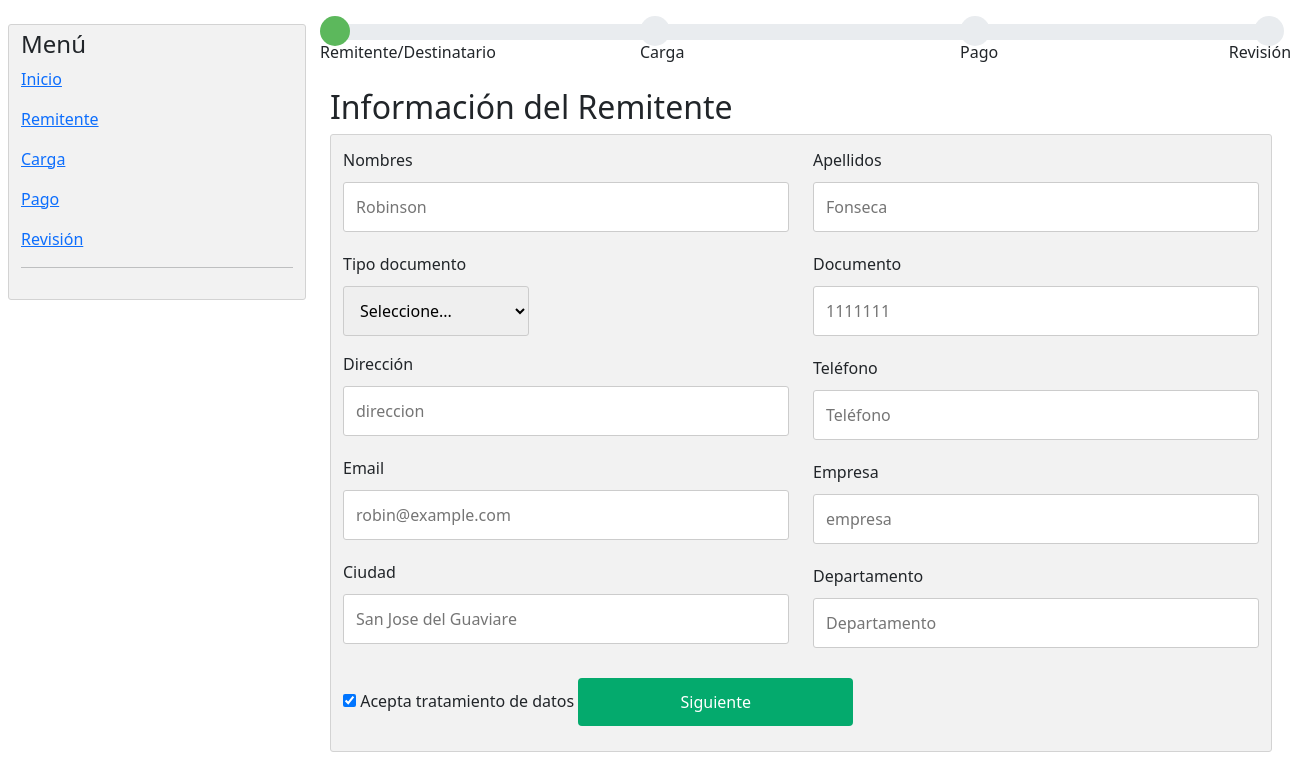
Repository: SennovaFluvial/Trasnfluvial
Page: appFluvial/templates/card1.html
These files come from the project's save history. The page is drawn as it stood at one moment and after the next save; the edit follows.
The browser window is 1280 px wide. The page is 1291 px wide, so the pictures cover 1291 px, including what lies to the right of the window. The pictures show the whole page.
The template is drawn by Django 3.2. The application's start-up code is not run. Other server files are loaded and not shown. The template is opened directly, without the code that normally fills it, so the values that code supplies are empty.

Above is the page before, as saved 2023-10-18 23:17:05.

### appFluvial/templates/card1.html
<!DOCTYPE html>
<html>
<head>
<meta name="viewport" content="width=device-width, initial-scale=1">
<!--link rel="stylesheet" href="https://cdnjs.cloudflare.com/ajax/libs/font-awesome/4.7.0/css/font-awesome.min.css"-->
<style>
body {
  font-family: Arial;
  font-size: 17px;
  padding: 8px;
}

* {
  box-sizing: border-box;
}

.row {
  display: -ms-flexbox; /* IE10 */
  display: flex;
  -ms-flex-wrap: wrap; /* IE10 */
  flex-wrap: wrap;
  margin: 0 -16px;
}

.col-25 {
  -ms-flex: 25%; /* IE10 */
  flex: 25%;
}

.col-50 {
  -ms-flex: 50%; /* IE10 */
  flex: 50%;
}

.col-75 {
  -ms-flex: 75%; /* IE10 */
  flex: 75%;
}

.col-25,
.col-50,
.col-75 {
  padding: 0 16px;
}

.container {
  background-color: #f2f2f2;
  padding: 5px 20px 15px 20px;
  border: 1px solid lightgrey;
  border-radius: 3px;
}

input[type=text], select {
  width: 100%;
  margin-bottom: 20px;
  padding: 12px;
  border: 1px solid #ccc;
  border-radius: 3px;
}

input[type=submit] {
  background-color: #04AA6D;
  color: white;
  padding: 12px 20px;
  border: none;
  border-radius: 4px;
  cursor: pointer;
}

input[type=submit]:hover {
  background-color: #45a049;
}

label {
  margin-bottom: 10px;
  display: block;
}

.icon-container {
  margin-bottom: 20px;
  padding: 7px 0;
  font-size: 24px;
}

.btn {
  background-color: #04AA6D;
  color: white;
  padding: 12px;
  margin: 10px 0;
  border: none;
  width: 30%;
  border-radius: 3px;
  cursor: pointer;
  font-size: 17px;
}

.btn:hover {
  background-color: #45a049;
}

a {
  color: #2196F3;
}

hr {
  border: 1px solid lightgrey;
}

span.price {
  float: right;
  color: grey;
}

/* Responsive layout - when the screen is less than 800px wide, make the two columns stack on top of each other instead of next to each other (also change the direction - make the "cart" column go on top) */
@media (max-width: 800px) {
  .row {
    flex-direction: column-reverse;
  }
  .col-25 {
    margin-bottom: 20px;
  }
}

</style>
<style>
  .one, .two, .three, .four{
    position:absolute;
    margin-top: -8px;
    z-index:1;
    height:30px;
    width:30px;
    border-radius:20px;
}
.one{
	left:25%;
}
.two{
	left:50%;
}
.three{
	left:75%;
}
.four{
	left:98%;
}
.primary-color{
	background-color:#4989bd;
}
.success-color{
	background-color:#5cb85c;
}
.info-color{
	background-color:#5bc0de;
}
.no-color{
	background-color:inherit;
}

</style>

<link rel="stylesheet" href="https://cdn.jsdelivr.net/npm/bootstrap@5.2.3/dist/css/bootstrap.min.css" integrity="sha384-rbsA2VBKQhggwzxH7pPCaAqO46MgnOM80zW1RWuH61DGLwZJEdK2Kadq2F9CUG65" crossorigin="anonymous">
<script src="https://cdn.jsdelivr.net/npm/bootstrap@5.2.3/dist/js/bootstrap.min.js" integrity="sha384-cuYeSxntonz0PPNlHhBs68uyIAVpIIOZZ5JqeqvYYIcEL727kskC66kF92t6Xl2V" crossorigin="anonymous"></script>

</head>
<body>

<p></p>
<div class="row">

  <div class="col-25">

    <div class="container">
      <h4>Menú <span class="price" style="color:black"><i class="fa fa-shopping-cart"></i> <b></b></span></h4>
      <p><a href="../">Inicio</a> <span class="price"> </span></p>
      <p><a href="../card/1/remitente">Remitente</a> <span class="price">  </span></p>
      <p><a href="../card/2/carga">Carga</a> <span class="price"> </span></p>
      <p><a href="../card/3/pago">Pago</a> <span class="price"> </span></p>
      <p><a href="../card/1/revision">Revisión</a> <span class="price"> </span></p>
      <hr>
      <!--p>Total <span class="price" style="color:black"><b>$30</b></span></p-->
    </div>
  </div>


  <div class="col-75">
    <!--  ****************************************BEGIN************************************************ -->
    <div class="container_">
      <div class="row"><br />
        <div class="col-md-12">
        <div class="progress">
            <div class="one success-color"></div>
            <div class="two no-color"></div>
            <div class="three no-color"></div>
            <div class="four no-color"></div>
            <div class="progress-bar progress-bar-success" style="width: 0%"></div>
        </div>
        <br>
        <label for="one" style="position: absolute; top: 30px; left: 25%; z-index: 1; margin-top: 10px;">Remitente/Destinatario</label>
        <label for="two" style="position: absolute; top: 30px; left: 50%; z-index: 1; margin-top: 10px;">Carga</label>
        <label for="three" style="position: absolute; top: 30px; left: 75%; z-index: 1; margin-top: 10px;">Pago</label>
        <label for="four" style="position: absolute; top: 30px; left: 96%; z-index: 1; margin-top: 10px;">Revisión</label>

      </div>
      </div>
    </div>
    <br>
    <!-- -*****************************************END**********************************************-->

    <h2>Información del Remitente</h2>
    <div class="container">
      <form action="/action_page.php">

        <div class="row">
          <div class="col-50">
            <h3>  </h3>
            <label for="fname"><i class="fa fa-user"></i> Nombres</label>
            <input type="text" id="fname" name="firstname" placeholder="Robinson">
            <div class="col-md-5 mb-3">
                <label for="tipodocumento">Tipo documento</label>
                <select class="custom-select d-block w-100" id="tipodocumento" required="">
                  <option value="">Seleccione...</option>
                  <option>CC</option>
                  <option>CE</option>
                  <option>Pasaporte</option>
                </select>
            </div>

            <label for="adr"><i class="fa fa-address-card-o"></i> Dirección</label>
            <input type="text" id="adr" name="address" placeholder="direccion">
            <label for="email"><i class="fa fa-envelope"></i> Email</label>
            <input type="text" id="email" name="email" placeholder="robin@example.com">
            <label for="city"><i class="fa fa-institution"></i> Ciudad</label>
            <input type="text" id="city" name="city" placeholder="San Jose del Guaviare">

          </div>

          <div class="col-50">
            <h3>  </h3>
            <label for="apellidos">Apellidos</label>
            <input type="text" id="apellidos" name="apellidos" placeholder="Fonseca">
            <label for="documento">Documento</label>
            <input type="text" id="documento" name="documento" placeholder="1111111">
            <label for="telefono">Teléfono</label>
            <input type="text" id="telefono" name="telefono" placeholder="Teléfono">
            <label for="empresa">Empresa</label>
            <input type="text" id="empresa" name="empresa" placeholder="empresa">
            <label for="dep">Departamento</label>
            <input type="text" id="dep" name="departamento" placeholder="Departamento">
            <!--div class="row">
              <div class="col-50">
                <label for="expyear">Exp Year</label>
                <input type="text" id="expyear" name="expyear" placeholder="2018">
              </div>
              <div class="col-50">
                <label for="cvv">CVV</label>
                <input type="text" id="cvv" name="cvv" placeholder="352">
              </div>
            </div-->
          </div>

        </div>
        <label>
          <input type="checkbox" checked="checked" name="sameadr"> Acepta tratamiento de datos
        </label>
        <input type="submit" value="Siguiente" class="btn">
      </form>
    </div>
  </div>
  <!--div class="col-25">
    <div class="container">
      <h4>Cart <span class="price" style="color:black"><i class="fa fa-shopping-cart"></i> <b>4</b></span></h4>
      <p><a href="#">Product 1</a> <span class="price">$15</span></p>
      <p><a href="#">Product 2</a> <span class="price">$5</span></p>
      <p><a href="#">Product 3</a> <span class="price">$8</span></p>
      <p><a href="#">Product 4</a> <span class="price">$2</span></p>
      <hr>
      <p>Total <span class="price" style="color:black"><b>$30</b></span></p>
    </div>
  </div-->
</div>

</body>
</html>

After the next save:
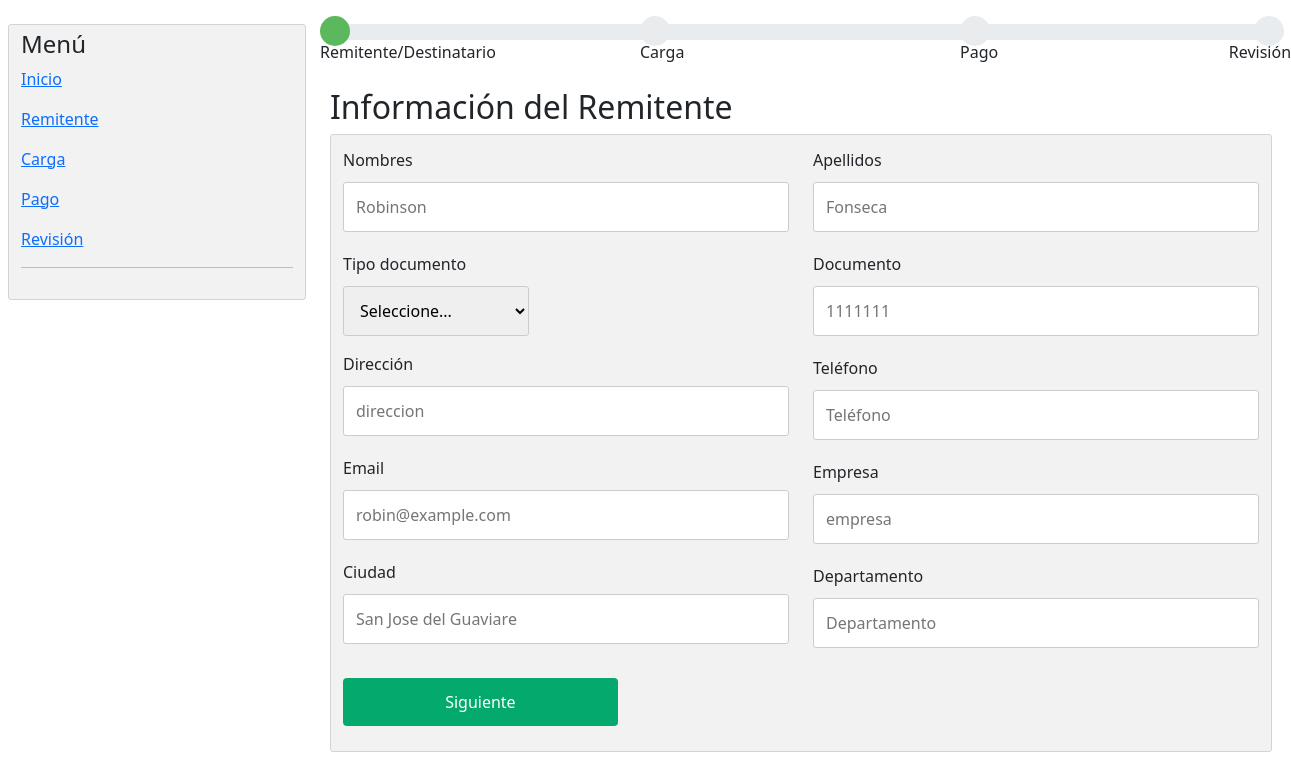
Saved 41 s later.
--- a/appFluvial/templates/card1.html
+++ b/appFluvial/templates/card1.html
@@ -259,9 +259,9 @@ span.price {
           </div>
 
         </div>
-        <label>
+        <!--label>
           <input type="checkbox" checked="checked" name="sameadr"> Acepta tratamiento de datos
-        </label>
+        </label-->
         <input type="submit" value="Siguiente" class="btn">
       </form>
     </div>
